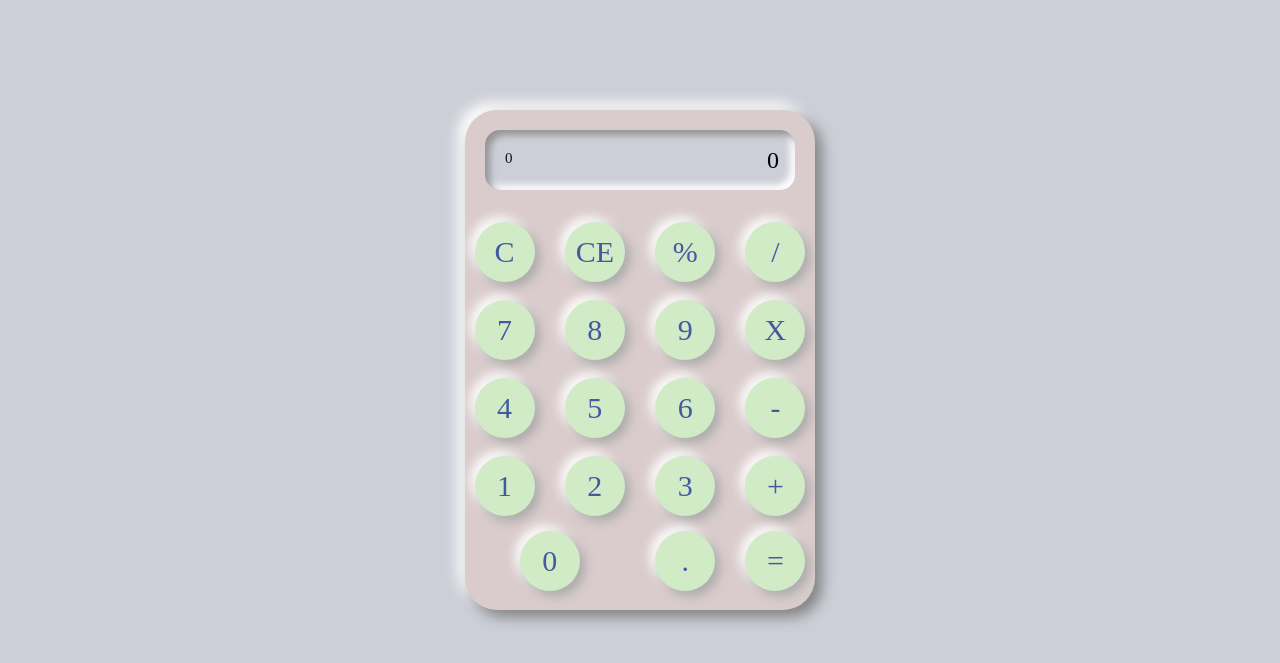
Repository: Goldmyn/Calculator
Page: index.html
These files come from the project's save history. The page is drawn as it stood at one moment and after a run of saves; the edit follows.
The browser window is 1280 px wide. The pictures show the whole page.

Above is the page before, as saved 2022-09-28 02:41:09.

After the next 10 saves:
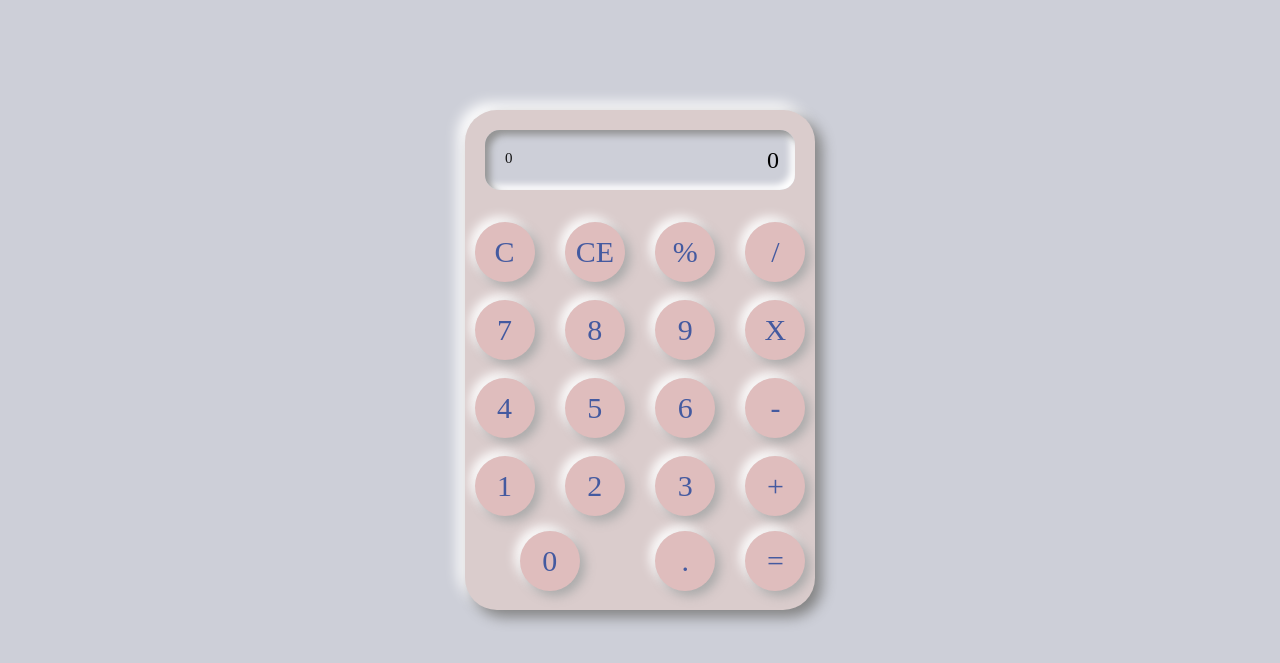
The 10 saves are shown as one change because they came seconds apart.
The last was saved 26 s later.
--- a/index.css
+++ b/index.css
@@ -81,7 +81,7 @@ section {
     font-size: 30px;
     cursor: pointer;
     border-radius: 100px;
-    background: #d1ebc7;
+    background: #dfbdbd;
     box-shadow: 5px 5px 11px #aaaaaa ,  -5px -5px 11px #ffffff;
 }
 
